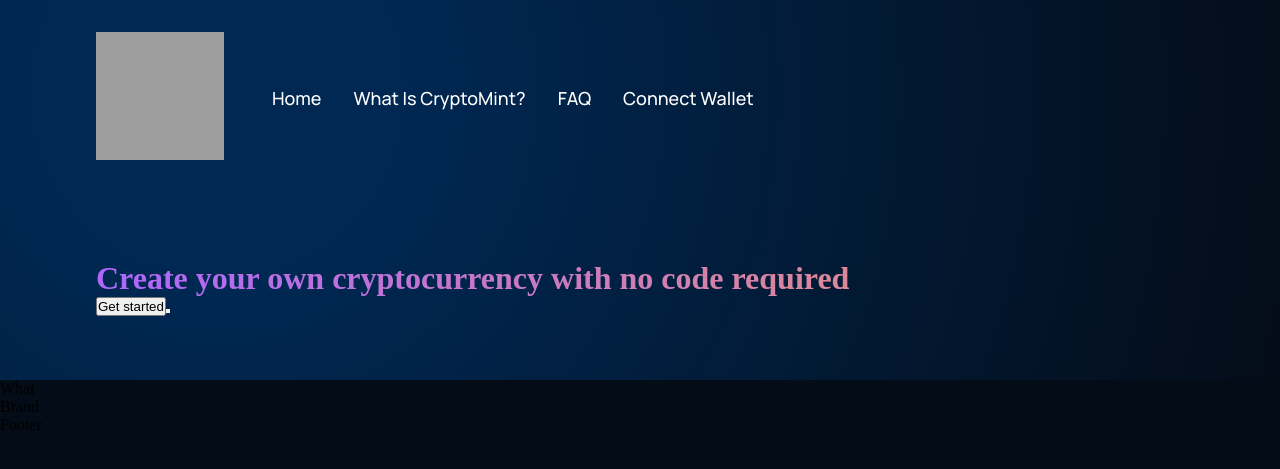
Repository: alexbanilean/SmartHack2022-React-App
Page: /
The author's editor kept a copy of each file at every save. The page is drawn from the files as they stood at one save, then again after the next save.
The browser window is 1280 px wide. The pictures show the whole page.
Pictures or frames that could not be fetched are drawn as grey boxes. The project was rebuilt for these pictures with package versions that can differ from the ones it lists, and the page was loaded fresh each time. Also part of the build but not shown: src/components/article/Article.jsx, src/components/cta/CTA.jsx, src/components/feature/feature.css, src/components/feature/Feature.jsx, src/containers/wallet/Wallet.jsx, src/containers/header/header.css, src/containers/footer/footer.css, src/containers/faq/FAQ.jsx and 1 more.

Above is the page before, as saved 2022-11-05 23:53:42.

### public/index.html
<!DOCTYPE html>
<html lang="en">
  <head>
    <meta charset="utf-8" />
    <link rel="icon" href="%PUBLIC_URL%/favicon.ico" />
    <meta name="viewport" content="width=device-width, initial-scale=1" />
    <meta name="theme-color" content="#000000" />
    <meta name="description" content="Web site created using create-react-app" />
    <link rel="apple-touch-icon" href="%PUBLIC_URL%/logo192.png" />
    <!--
      manifest.json provides metadata used when your web app is installed on a
      user's mobile device or desktop. See https://developers.google.com/web/fundamentals/web-app-manifest/
    -->
    <link rel="manifest" href="%PUBLIC_URL%/manifest.json" />
    <!--
      Notice the use of %PUBLIC_URL% in the tags above.
      It will be replaced with the URL of the `public` folder during the build.
      Only files inside the `public` folder can be referenced from the HTML.

      Unlike "/favicon.ico" or "favicon.ico", "%PUBLIC_URL%/favicon.ico" will
      work correctly both with client-side routing and a non-root public URL.
      Learn how to configure a non-root public URL by running `npm run build`.
    -->
    <title>React App</title>
  </head>
  <body>
    <div id="root"></div>
  </body>
</html>

### src/index.js
import React from 'react';
import ReactDOM from 'react-dom';
// import { useState } from 'react';
// import createContext from 'react';

import App from './App';
import './index.css';

ReactDOM.render(<App />, document.getElementById('root'));

### src/App.js
import React from 'react'

import { Article, Brand, CTA, Feature, Navbar } from './components'
import { Footer, What, Header, FAQ, Wallet} from './containers'
import './App.css'

const App = () => {
  return (
    <div className='App'>
        <div className='gradient__bg'>
          <Navbar />
          <Header />
        </div>
        <What />
        <Brand />
        <Footer />
    </div>
  )
}

export default App

### src/containers/index.js
export { default as Wallet } from './wallet/Wallet';
export { default as Header } from './header/Header';
export { default as Footer } from './footer/Footer';
export { default as FAQ } from './faq/FAQ';
export { default as What } from './what/What';

### src/App.css
* {
    box-sizing: border-box;
    padding: 0;
    margin: 0;
    scroll-behavior: smooth;
}

body {
    background: var(--color-bg);
}

a {
    color: unset;
    text-decoration: none;
}

.gradient__bg {
        /* ff 3.6+ */
        background:-moz-radial-gradient(circle at 17% 24%, rgba(0, 40, 83, 1) 16%, rgba(4, 12, 24, 1) 100%);

        /* safari 5.1+,chrome 10+ */
        background:-webkit-radial-gradient(circle at 17% 24%, rgba(0, 40, 83, 1) 16%, rgba(4, 12, 24, 1) 100%);

        /* opera 11.10+ */
        background:-o-radial-gradient(circle at 17% 24%, rgba(0, 40, 83, 1) 16%, rgba(4, 12, 24, 1) 100%);

        /* ie 10+ */
        background:-ms-radial-gradient(circle at 17% 24%, rgba(0, 40, 83, 1) 16%, rgba(4, 12, 24, 1) 100%);

        /* global 92%+ browsers support */
        background:radial-gradient(circle at 17% 24%, rgba(0, 40, 83, 1) 16%, rgba(4, 12, 24, 1) 100%);
}

.gradient__text {
    background: var(--gradient-text);
    background-clip: text;
    -webkit-background-clip: text;
    -webkit-text-fill-color: transparent;
}

.section__padding {
    padding: 4rem 6rem;
}

.section__margin {
    margin: 4rem 6rem;
}

.flip-vertical-bck {
	-webkit-animation: flip-vertical-bck 0.4s cubic-bezier(0.455, 0.030, 0.515, 0.955) both;
	        animation: flip-vertical-bck 0.4s cubic-bezier(0.455, 0.030, 0.515, 0.955) both;
}

@-webkit-keyframes flip-vertical-bck {
0% {
    -webkit-transform: translateZ(0) rotateY(0);
            transform: translateZ(0) rotateY(0);
}
100% {
    -webkit-transform: translateZ(-260px) rotateY(-180deg);
            transform: translateZ(-260px) rotateY(-180deg);
}
}
@keyframes flip-vertical-bck {
0% {
    -webkit-transform: translateZ(0) rotateY(0);
            transform: translateZ(0) rotateY(0);
}
100% {
    -webkit-transform: translateZ(-260px) rotateY(-180deg);
            transform: translateZ(-260px) rotateY(-180deg);
}
}

@media screen and (max-width: 700px) {
    .section__padding {
        padding: 4rem 2rem;
    }

    .section__margin {
        padding: 4rem 2rem;
    }
}

### src/components/navbar/Navbar.jsx
import React from 'react'
import './navbar.css'
import { RiMenu3Line, RiCloseLine } from 'react-icons/ri';
import logo from '../../assets/logo.svg'
import { useState } from 'react'

const Menu = () => (
  <>
  <p><a href="#home">Home</a></p>
  <p><a href="#what">What is CryptoMint?</a></p>
  <p><a href="#faq">FAQ</a></p>
  <p><a href="#wallet">Connect Wallet</a></p>
  </>
)

const Navbar = () => {
  const [toggleMenu, setToggleMenu] = useState(false);

  return (
    <div className='ckmint__navbar'>
      <div className='ckmint__navbar-links'>
        <div className='ckmint__navbar-links-logo'>
          <img src={logo} alt='logo' />
        </div>
        <div className='ckmint__navbar-links_container'>
          <Menu />
        </div>
      </div>
      <div className='ckmint__navbar-menu'>
        {toggleMenu
          ? <RiCloseLine color='#fff' size={27} onClick={() => setToggleMenu(false)} />
          : <RiMenu3Line color='#fff' size={27} onClick={() => setToggleMenu(true)} />
        }
        {toggleMenu && (
          <div className="ckmint__navbar-menu_container scale-up-center">
            <div className='ckmint__navbar-menu_container-links'>
              <Menu />
            </div>
          </div>
        )}
      </div>
    </div>
  )
}

export default Navbar

### src/containers/header/Header.jsx
import React from 'react'
import './header.css'

const Header = () => {
  return (
    <div className='ckmint__header section__padding' id='home'>
      <div className='ckmint__header-content'>
        <h1 className='gradient__text'>Create your own cryptocurrency with no code required</h1>
        <div className='ckmint__header-content-input'>
          <button>Get started</button>
          <button></button>
        </div>
      </div>
    </div>
  )
}

export default Header

### src/containers/what/What.jsx
import React from 'react'
import './what.css'

const What = () => {
  return (
    <div>What</div>
  )
}

export default What

### src/components/navbar/navbar.css
.ckmint__navbar {
    display: flex;
    justify-content: space-between;
    align-items: center;

    padding: 2rem 6rem;
}

.ckmint__navbar-links {
    flex: 1;
    display: flex;
    justify-content: flex-start;
    align-items: center;
}

.ckmint__navbar-links-logo {
    margin-right: 2rem;
}

.ckmint__navbar-links-logo img {
    width: 128px;
    height: 128px;
}

.ckmint__navbar-links_container {
    display: flex;
    flex-direction: row;
}

.ckmint__navbar-links_container p,
.ckmint__navbar-menu_container p {
    color: #fff;
    font-family: var(--font-family);
    font-weight: 500;
    font-size: 18px;
    line-height: 25px;
    text-transform: capitalize;

    margin: 0 1rem;
    cursor: pointer;
}

.ckmint__navbar-menu {
    margin-left: 1rem;
    display: none;
    position: relative;
}

.ckmint__navbar-menu svg {
    cursor: pointer;
}

.ckmint__navbar-menu_container {
    display: flex;
    justify-content: flex-end;
    align-items: flex-end;
    flex-direction: column;
    text-align: end;
    background: var(--color-footer);
    padding: 2rem;
    position: absolute;
    top: 40px;
    right: 0;
    margin-top: 1rem;
    min-width: 210px;
    border-radius: 5px;
    box-shadow: 0 0 5 rgba(0, 0, 0.2);
}

.ckmint__navbar-menu_container p {
    margin: 1rem 0;
}

@media screen and (max-width:1050px) {
    .ckmint__navbar-links_container {
        display: none;
    }

    .ckmint__navbar-menu {
        display: flex;
    }
}

@media screen and (max-width:700px) {
    .ckmint__navbar {
        padding: 2rem 4rem;
    }
}

@media screen and (max-width:700px) {
    .ckmint__navbar {
        padding: 2rem;
    }

    .ckmint__navbar-menu_container {
        top: 20px;
    }
}

Loaded but not shown: src/index.css (common file); src/components/index.js (common file); src/components/brand/Brand.jsx (common file); src/containers/footer/Footer.jsx (common file); src/containers/header/header.css (no copy from this time; the picture is the same without it); src/components/article/article.css (no stored copy; drawn as an empty file); src/components/brand/brand.css (no stored copy; drawn as an empty file); src/components/cta/cta.css (no stored copy; drawn as an empty file); src/containers/faq/faq.css (no stored copy; drawn as an empty file); src/containers/wallet/wallet.css (no stored copy; drawn as an empty file)

After the next save:
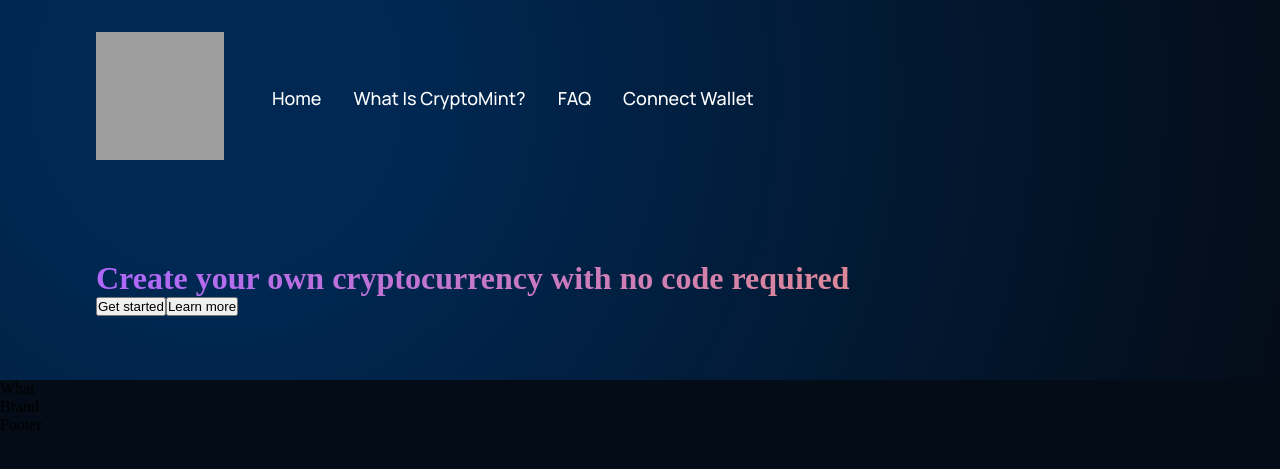
Saved 4 s later.
--- a/src/containers/header/Header.jsx
+++ b/src/containers/header/Header.jsx
@@ -8,7 +8,7 @@
         <h1 className='gradient__text'>Create your own cryptocurrency with no code required</h1>
         <div className='ckmint__header-content-input'>
           <button>Get started</button>
-          <button></button>
+          <button>Learn more</button>
         </div>
       </div>
     </div>
